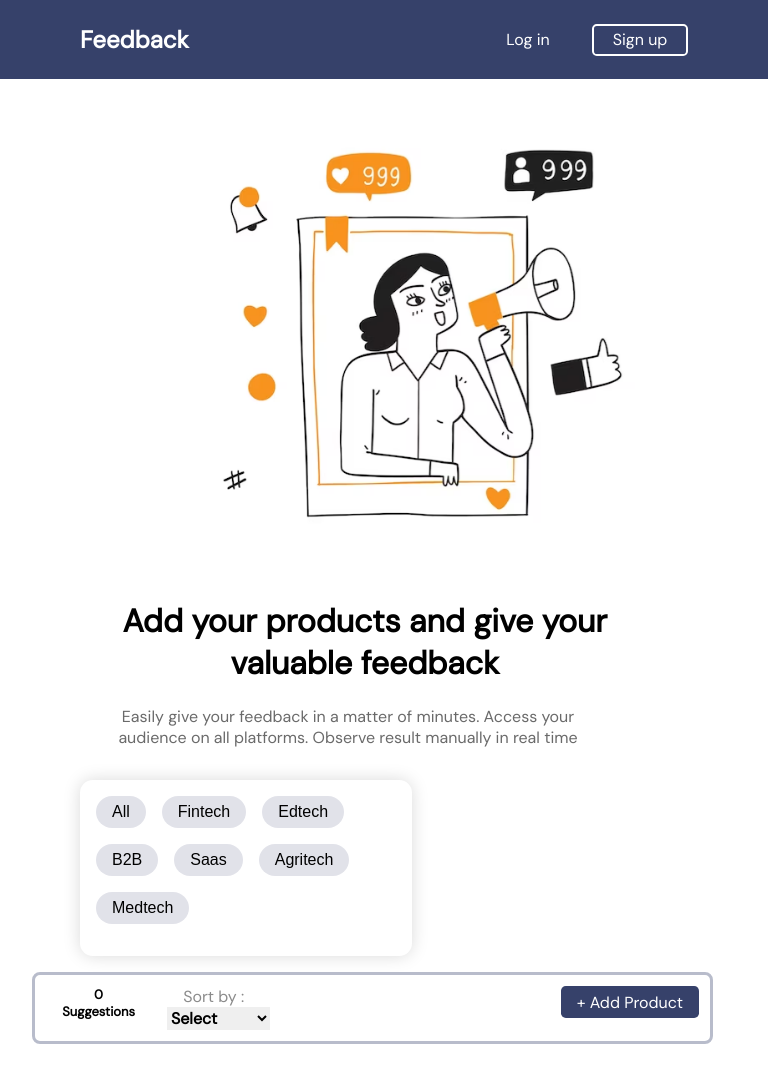
Repository: drumsmanku/final-evaluation-test
Page: / (app in client/)
An editor plug-in stored every save of this project. The page is shown before and after the next save, followed by the edit.
The browser window is 768 px wide. The pictures show the whole page.
The page's requests for data from a server got no answer. The project was rebuilt for these pictures with package versions that can differ from the ones it lists, and the page was loaded fresh each time. No one was signed in, and anything a server would have sent is missing. Also part of the build but not shown: client/src/CSS/LoginPopUp.css, client/src/Components/LoginPopUp.js, client/src/CSS/SignupPopUp.css, client/src/Components/SignupPopUp.js, client/src/CSS/AddProductPopUp.css, client/src/Components/AddProductPopUp.js, client/src/Components/CommentsSection.js, client/src/CSS/SignUp.css and 3 more.

Above is the page before, as saved 2023-08-01 00:45:32.

### client/src/App.js
import './App.css';
import { BrowserRouter as Router, Route, Routes} from 'react-router-dom';
import MainPage from './Components/MainPage';
import SignUp from './Components/SignUp';
import Login from './Components/Login';
function App() {
  return (
    <div className="App">
      <Router>
        <Routes>
          <Route path='/' element={<MainPage/>}/>
          <Route path='/signup' element={<SignUp/>}/>
          <Route path='/login' element={<Login/>}/>
        </Routes>
      </Router>
    </div>
  );
}

export default App;

### client/src/Components/MainPage.js
import React, {useState, useEffect, useMemo} from 'react';
import '../CSS/MainPage.css';
import profile from'../Assets/profilepic.webp';
import img1 from '../Assets/frontphoto.png';
import axios from 'axios';
import comments from '../Assets/comments.png';
import { useNavigate } from 'react-router-dom';
import LoginPopUp from './LoginPopUp';
import SignupPopUp from './SignupPopUp';
import AddProductPopUp from './AddProductPopUp';
import CommentsSection from './CommentsSection';
import upvote from '../Assets/upvote.png';
import comment1 from '../Assets/comment1.png';

const buttonTitles=['All', 'Fintech', 'Edtech', 'B2B', 'Saas', 'Agritech', 'Medtech'];
const buttonStyles={
  padding:'0.2rem 1rem 0.2rem 1rem',
  backgroundColor:'#36416A26',
  fontSize:'medium',
  borderRadius:'1rem',
  border:'none',
  margin:'0 1rem 1rem 0',
  height:'2rem',
  textAlign:'center',
}
const productCardsStyles={
  padding:'1rem',

  width:'98%',
  marginBottom:'1rem',
  display: 'flex',
  borderRadius:'0.5rem'
}
const tagStyles={
  paddingRight:'1.3em',
  paddingLeft:'1.3em',
  backgroundColor:'#C0CEFF',
  fontSize:'small',
  borderRadius:'1rem',
  border:'none',
  height:'1.5rem',
  textAlign:'center',
  display:'flex',
  alignItems:'center',
  marginRight:'1rem',
}

function MainPage() {
  const navigate =useNavigate()
  const [categorySet, setCategorySet]=useState([]);
  const [user, setUser] = useState(localStorage.getItem('user'));
  const [isLoggedIn, setIsLoggedIn]=useState(false);
  const [products, setProdcts]=useState([]);
  const [showLoginModal, setShowLoginModal] = useState(false);
  const [showSignupModal, setShowSignupModal] = useState(false);
  const [showAddModal, setShowAddModal] = useState(false);
  const [isVisible, setIsVisible] = useState(false);
  const [commentProductId, setCommentProductId] = useState(null);
  const [commentsLength, setCommentsLength]=useState(0);
  const [productCounts, setProductCounts] = useState({});
  const [upvotes, setUpvotes]=useState(0);
  const [sortOption, setSortOption] = useState('Select');


  useEffect(()=>{
    const User=localStorage.getItem('user');
    if(User){
      setIsLoggedIn(true);
    }

  }, []);




  const handleLogin = () => {
    setShowLoginModal(true);
  };
  const handleSignup = () => {
    setShowSignupModal(true);
  };
  const handleAdd = () => {
    if (isLoggedIn) {
      setShowAddModal(true);
    } else {
      setShowSignupModal(true);
    }
  };

  const handleShowComments = (productId) => {
    setCommentProductId(productId);
  };
  const handleLogout=()=>{
    localStorage.removeItem('user');
    setIsLoggedIn(false);
    navigate('/login');
  }
  const handleCategoryClick=(event)=>{
    const currentCat=event.target.value;
    if(!categorySet.includes(currentCat)){
      setCategorySet([...categorySet, event.target.value]);
      event.target.style.backgroundColor="#36416A"
    }
    else{
      setCategorySet(categorySet.filter(cat=>cat!=currentCat))
      event.target.style.backgroundColor="#36416A26"
    }

  }

  useEffect(()=>{
    const category=categorySet
    axios.get(`http://localhost:4000/get-prods?category=${category.join(',')}`)
    .then((res)=>{setProdcts(res.data.products);console.log(res.data.products)})
    .catch(err=>console.log(err))

  }, [categorySet]);

  const handleUpvotes=(prodId, event)=>{

    axios.post('http://localhost:4000/add-upvote', {
      productId: prodId,
      upvoteCount:1,
    })
    .then(window.location.reload())
    .catch(err=>console.log(err))
  }

  const sortedProducts = useMemo(() => {
    if (sortOption === 'upvotes') {
      return [...products].sort((a, b) => (b.upvoteCount || 0) - (a.upvoteCount || 0));
    } else if (sortOption === 'comments') {
      return [...products].sort((a, b) => (b.commentsCount || 0) - (a.commentsCount || 0));
    }
    return products;
  }, [products, sortOption]);



  return (
    <div className='main-container'>
      <div className="main-top-container">
        <div className='navbar' >
          <div style={{display:'flex',width:'100%', justifyContent:' space-between', alignItems:'center',}}>
          <h3 style={{marginLeft:'5rem', color:'white', fontSize:'1.5rem'}}>Feedback</h3>
          <div style={{display:'flex', marginRight:'5rem'}}>
              {isLoggedIn ? (
                <>
                  <button style={{background:'none', fontSize:'large', border:'none', fontFamily:'DM Sans', color:'white'}} onClick={handleLogout}>Logout</button>
                  <span style={{color:'white', fontFamily:'DM Sans', fontSize:'large', display:'flex', alignItems:'center', marginLeft:'1rem'}}>Hello! {user}</span>
                  <img src={profile} alt="" height={50} width={50} style={{borderRadius:'100%', marginLeft:'1rem'}} />
                </>
              ) : (
                <>
                   <button className="btn-main-page-login" type="submit" onClick={()=>{navigate('/login')}}>
                    Log in
                  </button>
                  <button type='submit'  className='btn-main-page-register' onClick={()=>{navigate('/signup')}} >Sign up</button>
                </>
              )}



            </div>
          </div>
        </div>
        <div className="title-desc">
          <img src={img1} alt="" height={500} style={{marginLeft:'3rem'}}/>
          <div className='both-texts' style={{display:'flex', flexDirection:'column', marginLeft:'2rem'}}>
              <h1 className='main-heading' style={{maxWidth:'80%'}}> Add your products and give your valuable feedback</h1>
              <span style={{maxWidth:'75%', color:'#6A6A6A'}}>Easily give your feedback in a matter of minutes. Access your audience on all platforms. Observe result manually in real time</span>
          </div>
        </div>
      </div>
      <div className="main-bottom-container">
        <div className="bottom-left">
          <article className='apply-filter' style={{backgroundColor:'#36416A', width:'74%', color:'white', paddingTop:'2rem', borderRadius:'0.8rem', marginBottom:'2rem'}}>
            <h2 style={{marginBottom:'0.4rem',marginLeft:'1rem'}}>Feedback</h2>
            <h5 style={{marginTop:0, marginLeft:'1rem'}}>Apply Filter</h5>
          </article>
          <article className='mapped-cats'style={{width:'65%', borderRadius:'0.8rem', padding:'1em', boxShadow:'0 0 17px #00000026',}}>
             {buttonTitles.map((title, idx)=>(
              <button value={title} onClick={handleCategoryClick} style={{...buttonStyles}} key={idx}>{title}</button>
             ))}
          </article>
        </div>
        <div className="bottom-right">
          <div className='bottom-top-right'>
            <div style={{display:'flex', width:'30%', justifyContent:'space-between',marginLeft:'1rem'}}>
              <span className='suggestions' style={{ fontWeight:'bold', }}>{products.length} Suggestions</span>
              <span>
                <label style={{ fontSize: 'medium', color: '#8B8B8B', marginRight:'0.6rem' }} htmlFor="sort">Sort by :</label>
                <select className='select' style={{border:'none', outline:'none', fontFamily:'DM Sans', fontSize:'medium', fontWeight:'bold'}} value={sortOption} onChange={(e) => setSortOption(e.target.value)}>
                  <option value="Select">Select</option>
                  <option value="upvotes">Upvotes</option>
                  <option value="comments">Comments</option>
                </select>
              </span>
            </div>
            <button className='add-product-button' onClick={handleAdd}>+ Add Product</button>
          </div>
          {showLoginModal && <LoginPopUp closeModal={() => setShowLoginModal(false)} showLoginModal={showLoginModal} setShowSignupModal={setShowSignupModal} />}
          {showSignupModal && (
              <SignupPopUp
                closeModal={() => setShowSignupModal(false)}
                showSignupModal={showSignupModal}
                setShowLoginModal={setShowLoginModal}
              />
            )}
          {isLoggedIn ? (
            showAddModal && (
              <AddProductPopUp
                closeModal={() => setShowAddModal(false)}
                showAddModal={showAddModal}
              />
            )
          ) : (
            showSignupModal && (
              <SignupPopUp
                closeModal={() => setShowSignupModal(false)}
                showSignupModal={showSignupModal}
                setShowLoginModal={setShowLoginModal}
              />
            )
          )}


          <div className="product-cards">
            {
              sortedProducts.map((product, key)=>(
                <div className='main-card-container-div' style={{display:'flex', flexDirection:'column', backgroundColor:'#36416A26',marginBottom:'1rem',borderRadius:'0.5rem', padding:'0 1rem 0 1rem'}}>
                  <div style={{...productCardsStyles}}>
                    <div className='logo' style={{width:'10%'}}>{product.logoURL}</div>
                    <div style={{display:'flex', justifyContent:'space-between', width:"90%"}}>
                      <div className="card-main-info">
                        <h2 style={{marginTop:0, marginBottom:'0.5rem', color:'#36416A'}}>{product.companyName}</h2>
                        <span style={{marginBottom:'1rem'}}>{product.description}</span>
                        <div style={{display:'flex', width:'40%', justifyContent:'space-between'}}>
                          <div style={{display:'flex'}}>
                            {product.category.map((catTitle, idx)=>(
                              <span style={{...tagStyles}}>{catTitle}</span>
                            ))}
                          </div>
                          <button className='comments-button' onClick={() => handleShowComments(product._id)}> <img style={{marginRight:'0.3rem'}} src={comments} alt="" height={25}  />Comment</button>
                        </div>
                      </div>
                      <div className="upvotes">
                        <div className="upvote-container">
                          <button onClick={()=>{handleUpvotes(product._id)}} style={{background:'none', outline:'none', border:'none', cursor:'pointer'}}><img style={{}} src={upvote} alt="" /></button>
                          <span>{product.upvoteCount || 0}</span>
                        </div>
                        <div className='comments-and-edit' style={{height:'50%', display:'flex', alignItems:"center", width:'230%'}}>
                          {isLoggedIn && (<button className='edit-popup-button' type="submit" style={{ cursor:'pointer'}} >Edit</button>)}
                          <div className="comment-count" style={{}}>
                            {product.commentsCount || 0}
                            <img src={comment1} alt="" height={20} style={{marginLeft:'0.2rem'}} />
                          </div>

                        </div>
                      </div>
                    </div>
                  </div>
                  {commentProductId === product._id && <CommentsSection productId={product._id}   />}
                </div>

              ))
            }
          </div>
        </div>
      </div>
    </div>
  )
}

export default MainPage

### client/src/CSS/MainPage.css
@import url('https://fonts.googleapis.com/css2?family=DM+Sans&display=swap');

body{
  font-family: 'DM Sans';
}
.main-container{
  height: 100vh;
  width: 100vw;
  display: flex;
  flex-direction: column;

}
.main-top-container{
  width: 100%;
}
.btn-main-page-login{
  height: 2rem;
  width: 6rem;
  font-weight: 500;
  font-size: medium ;
  background: none;
  border: none;
  border-radius: 0.3rem;
  margin-left: 1rem;
  margin-bottom:0;
  color: white;
  font-family: 'DM Sans';
  cursor: pointer;
}
.btn-main-page-register{
  height: 2rem;
  width: 6rem;
  font-size: medium;
  font-weight: 500;
  background-color: #36416A;
  border: 2px solid white;
  border-radius: 0.3rem;
  margin-left: 1rem;
  margin-bottom:0;
  color: white;
  font-family: 'DM Sans';
  cursor: pointer;
}
.navbar{
  width: 100%;
  background-color: #36416A;
}
.title-desc{
  width: 100%;
  display: flex;
  align-items: center;
  justify-content: space-around;

}
.bottom-left{
  width: 20%;
  display: flex;
  flex-direction: column;
  align-items: center;
  margin-left: 2rem;

}
.bottom-right{
  width: 75%;
}
.main-bottom-container{
  width:100%;
  display: flex;
}
.bottom-top-right{
  width: 98%;
  display: flex;
  justify-content: space-between;
  border: 3px solid #36416A59;
  padding: 0.7rem;
  border-radius: 0.5rem;

}
.add-product-button{
  height: 2rem;
  font-size: medium;
  font-weight: 500;
  background-color: #36416A;
  border:none;
  border-radius: 0.3rem;
  margin-left: 1rem;
  margin-bottom:0;
  color: white;
  font-family: 'DM Sans';
  cursor: pointer;
  padding-left: 1em;
  padding-right: 1em;
}
.product-cards{
  width: 100%;
  display: flex;
  padding-top: 2rem;
  flex-direction: column;
}
.card-main-info{
  width: 100%;
  display: flex;
  flex-direction: column;
}
.comments-button{
  color: #ABABAB;
  border: none;
  outline: none;
  background: none;
  font-size: small;
  letter-spacing: 0.1rem;
  display:flex;
  align-items: center;
  cursor: pointer;
}
.upvotes{
  width: 10%;
  display: flex;
  flex-direction: column;
  align-items: center;
  justify-content: space-between;
}
.upvote-container{
  display: flex;
  flex-direction: column;
  justify-content: space-between;
  padding: 0.5rem 0.2rem 0.5rem 0.2rem;
  background-color: #C7CBD6;
  border-radius:1rem;
  align-items: center;
}
.comment-count{
  display: flex;
  align-items: center;

  height: 100%;
  width: 100%;
  margin-left: 1rem;
}
.edit-popup-button{
  padding-left: 1.7rem;
  padding-right: 1.7rem;
  color: white;
  height: 2rem;
  font-size: medium;
  border-radius: 1rem;
  border: none;
  background-color: #36416A;

}
@media (max-width: 768px) {
  .main-container {
    flex-direction: column;
  }
  .title-desc{
    flex-direction: column;
  }
  .both-texts{
    margin-bottom: 2rem;
    padding-left: 4rem;
  }
  .apply-filter{
    display: none;
  }
  .main-heading{
    max-width: 90%;
  }
  .main-bottom-container{
    flex-direction: column;
    justify-content: center;
  }
  .mapped-cats{
    display: flex;
    max-width: 80%;
    width: 100%;
    margin-bottom: 1rem;
    flex-wrap: wrap;
  }
  .bottom-left{
    width: 60%;
    flex-direction: row;
    margin-right: 0;
    padding-left: 3rem;
  }
  .bottom-top-right{
    width: 85vw;
    font-size: small;
    margin-left: 2rem;
  }
  .suggestions{
    width: 100%;
    margin-right: 2rem;
  }
  .product-cards{
    width: 90vw;
  }
  .main-card-container-div{
    width: 90%;
    font-size: small;
    margin-left: 2rem;

  }
  .comments-and-edit{
    display: block;
    flex-wrap: wrap;
  }
  .edit-popup-button{
    font-size: small;
    padding-left: 1rem;
    padding-right: 1rem;
    margin-top: 1rem;
  }
}
@media (max-width: 480px) {
  .main-container {
    flex-direction: column;
  }
  .title-desc{
    flex-direction: column;
  }
}

Loaded but not shown: client/public/index.html (common file); client/src/index.js (common file); client/src/index.css (common file); client/src/App.css (common file)

After the next save:
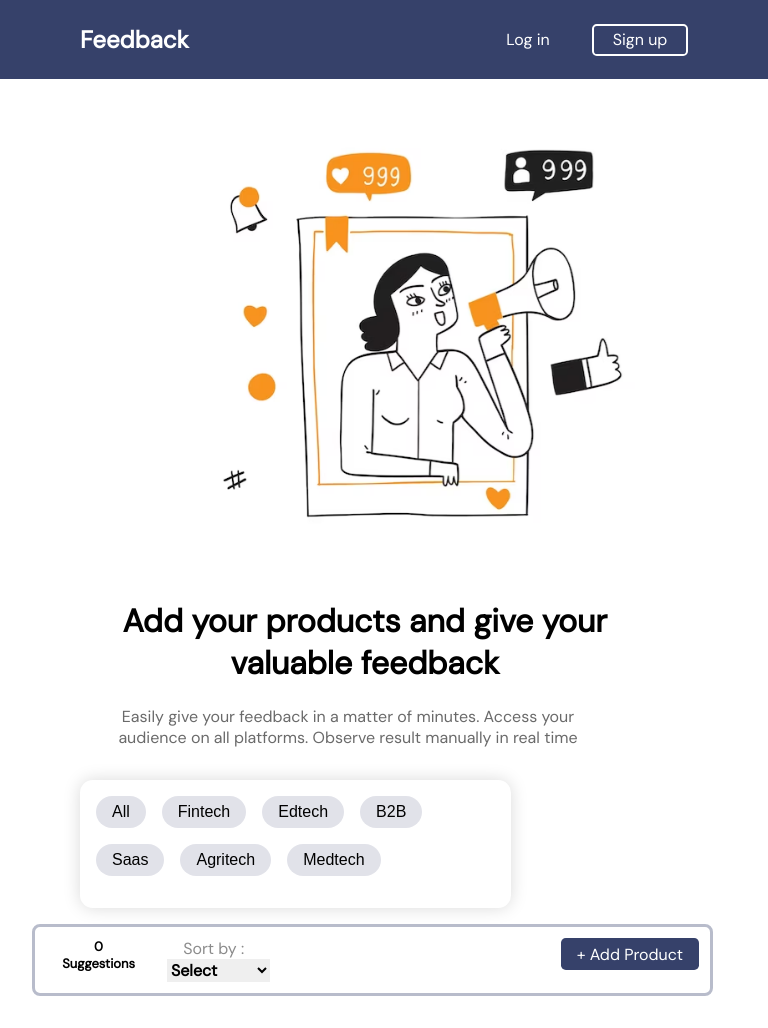
Saved 12 s later.
--- a/client/src/CSS/MainPage.css
+++ b/client/src/CSS/MainPage.css
@@ -177,7 +177,7 @@ body{
     flex-wrap: wrap;
   }
   .bottom-left{
-    width: 60%;
+    width: 80%;
     flex-direction: row;
     margin-right: 0;
     padding-left: 3rem;
